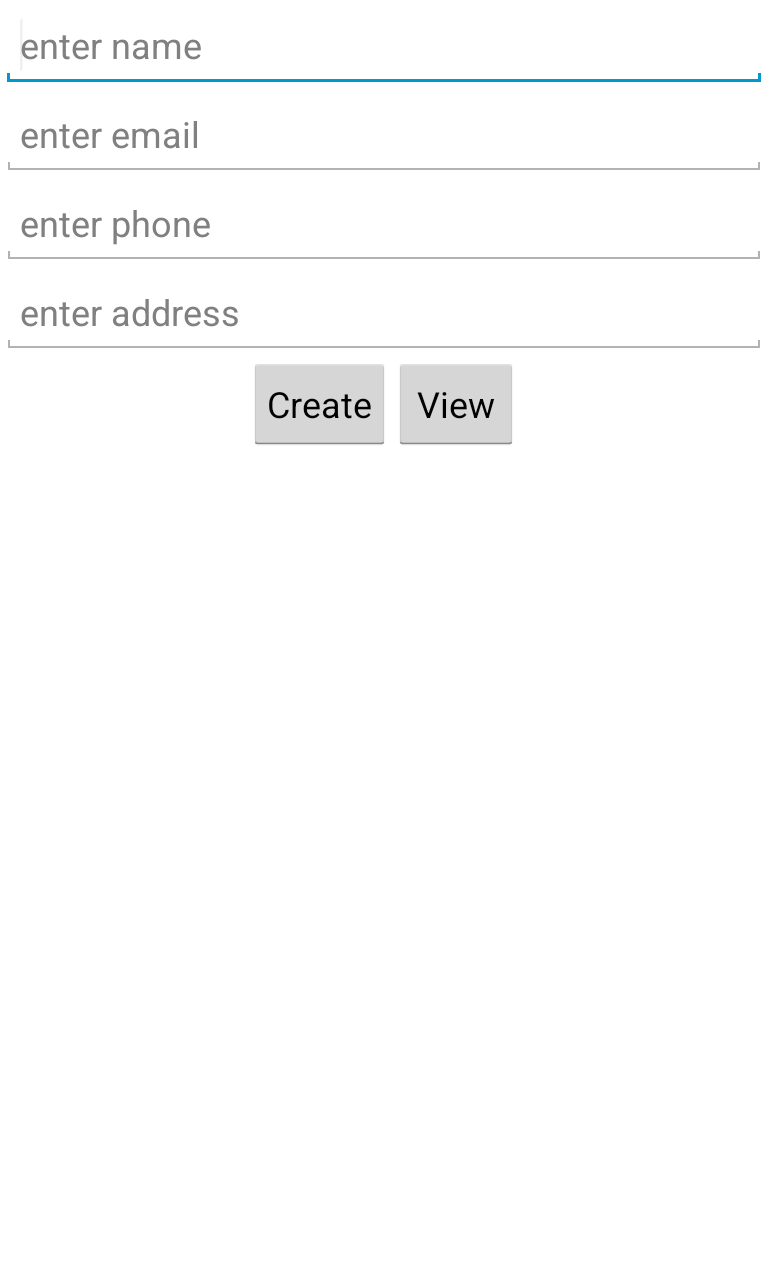
Repository: droidexample/some-practises-sample-example
Layout: VollayWebServiceDemo/res/layout/activity_update.xml
These files come from the project's save history. The layout is drawn as it stood at one moment and after the next save; the edit follows.
It is drawn on a 768 x 1280 px phone screen (xhdpi) without system bars, with theme AppTheme; the app's code is not run.

Above is the layout before, as saved 2015-06-20 23:12:10.

After the next save:
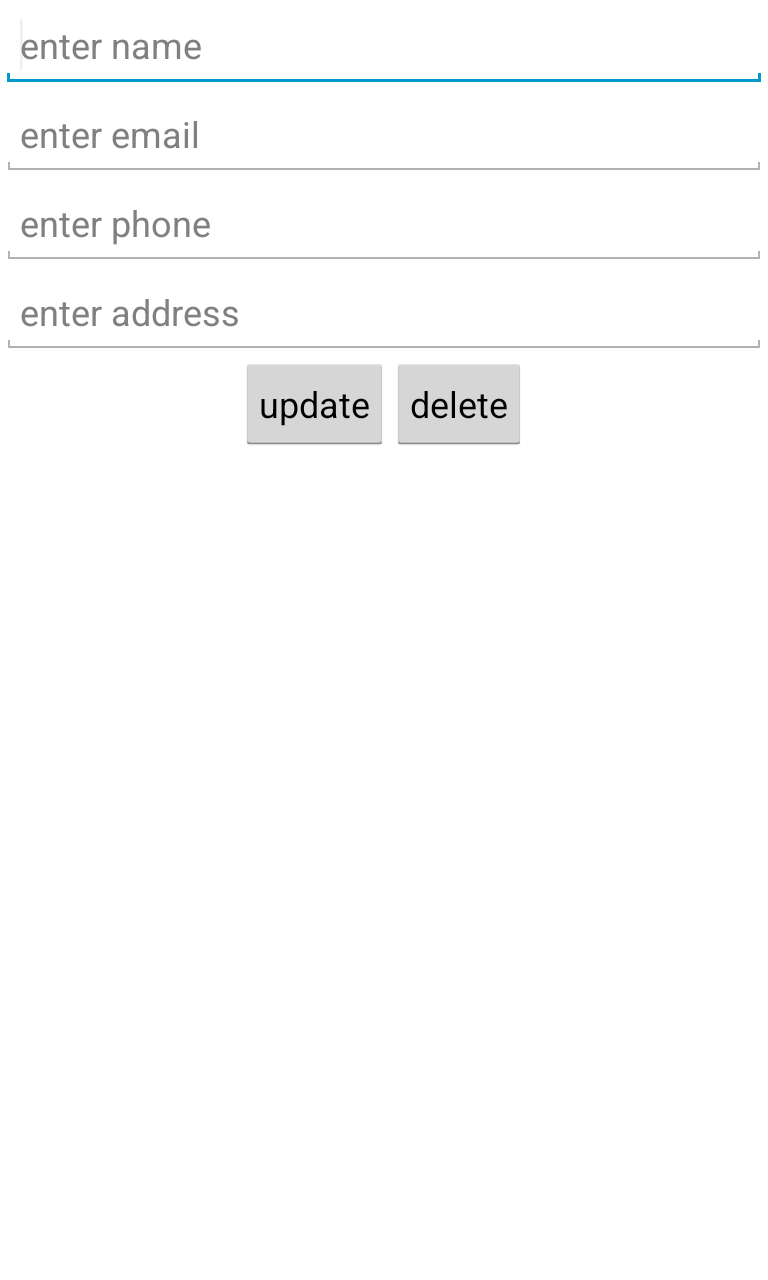
Saved 18 s later.
--- a/VollayWebServiceDemo/res/layout/activity_update.xml
+++ b/VollayWebServiceDemo/res/layout/activity_update.xml
@@ -53,7 +53,7 @@
             android:layout_height="wrap_content"
             android:onClick="create"
             android:padding="10dp"
-            android:text="Create" />
+            android:text="update" />
 
         <Button
             android:id="@+id/btnShow"
@@ -61,7 +61,7 @@
             android:layout_height="wrap_content"
             android:onClick="show"
             android:padding="10dp"
-            android:text="View" />
+            android:text="delete" />
 
 
     </LinearLayout>
